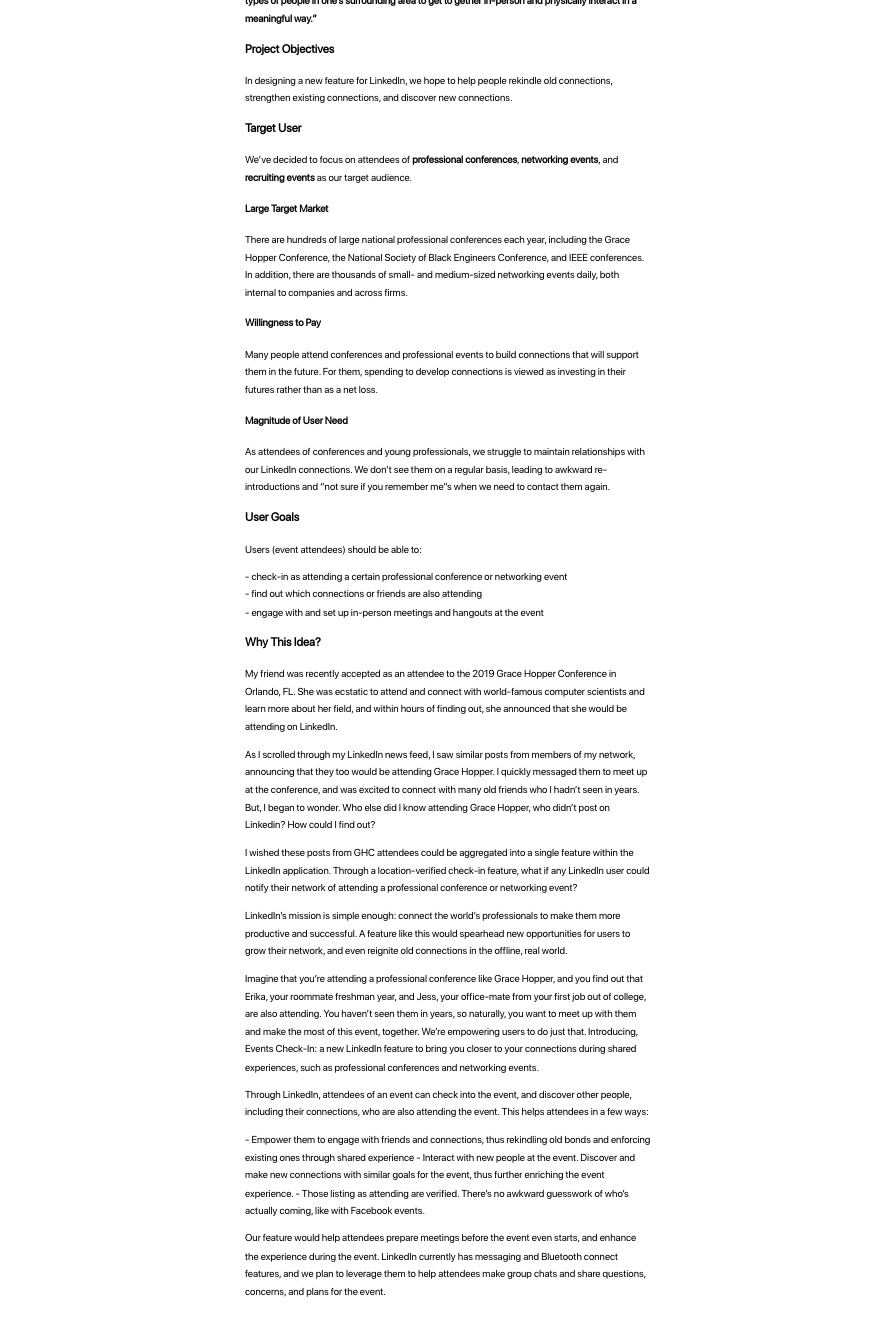
Repository: rdf004/rdf004.github.io
Page: /case1
These files come from the project's save history. The page is drawn as it stood at one moment and after the next save; the edit follows.
The browser window is 1280 px wide. The pictures show the part of the page from y = 776 to 2696 px (the page is 2671 px tall before and 2696 px after), at 70% of full size.
The project was rebuilt for these pictures with package versions that can differ from the ones it lists, and the page was loaded fresh each time. Also part of the build but not shown: src/Components/About.js, src/Components/Work.js, src/Components/Projects.js, src/Components/Design.js, src/Components/Books.js, src/Components/Resume.js.

Above is the page before, as saved 2019-11-20 21:32:18.

After the next save:
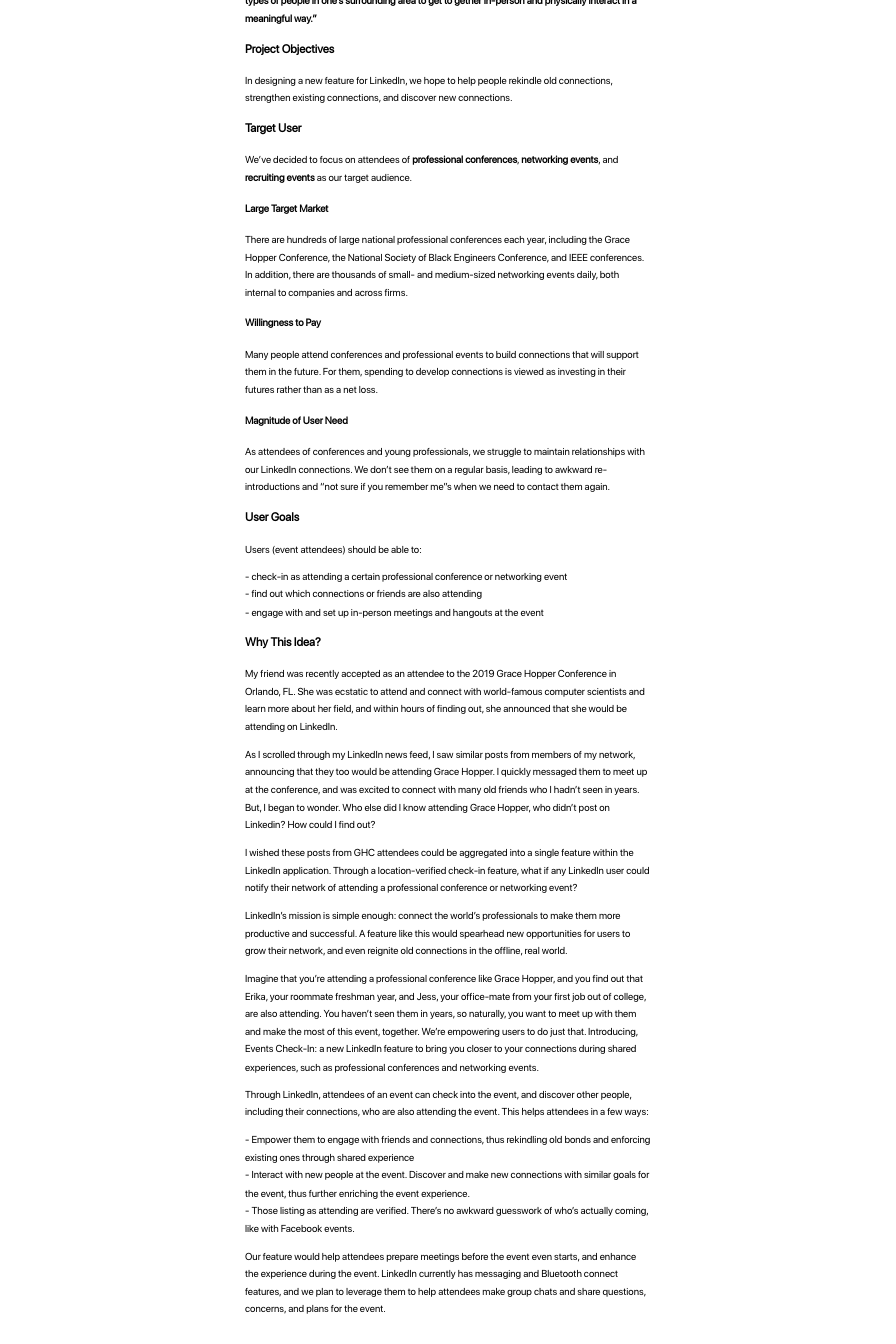
Saved 13 s later.
--- a/src/Components/Case1.js
+++ b/src/Components/Case1.js
@@ -42,8 +42,8 @@
                     <p>Imagine that you’re attending a professional conference like Grace Hopper, and you find out that Erika, your roommate freshman year, and Jess, your office-mate from your first job out of college, are also attending. You haven’t seen them in years, so naturally, you want to meet up with them and make the most of this event, together.
 We’re empowering users to do just that. Introducing, Events Check-In: a new LinkedIn feature to bring you closer to your connections during shared experiences, such as professional conferences and networking events.</p>
                     <p>Through LinkedIn, attendees of an event can check into the event, and discover other people, including their connections, who are also attending the event. This helps attendees in a few ways:</p>
-                    <p>- Empower them to engage with friends and connections, thus rekindling old bonds and enforcing existing ones through shared experience
-                    - Interact with new people at the event. Discover and make new connections with similar goals for the event, thus further enriching the event experience.
+                    <p>- Empower them to engage with friends and connections, thus rekindling old bonds and enforcing existing ones through shared experience<br/>
+                    - Interact with new people at the event. Discover and make new connections with similar goals for the event, thus further enriching the event experience.<br/>
                     - Those listing as attending are verified. There’s no awkward guesswork of who’s actually coming, like with Facebook events.
                     </p>
                     <p>Our feature would help attendees prepare meetings before the event even starts, and enhance the experience during the event. LinkedIn currently has messaging and Bluetooth connect features, and we plan to leverage them to help attendees make group chats and share questions, concerns, and plans for the event.</p>
